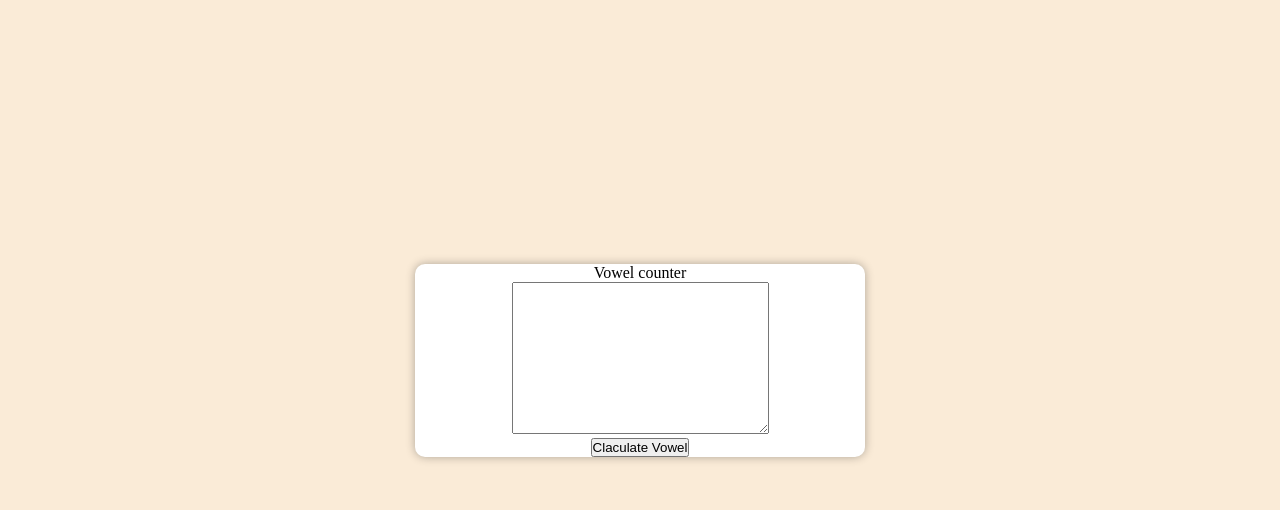
Repository: JunaidAnsari202/Vowel-counter
Page: index.html
An editor plug-in stored every save of this project. The page is shown before and after a run of saves, followed by the edit.
The browser window is 1280 px wide. The pictures show the whole page.

Above is the page before, as saved 2024-10-17 11:39:24.

### index.html
<!DOCTYPE html>
<html lang="en">
<head>
    <meta charset="UTF-8">
    <meta name="viewport" content="width=device-width, initial-scale=1.0">
    <title>Vowel counter</title>
    <link rel="stylesheet" href="style.css">
</head>
<body>
    <div class="container">
        <div class="header">Vowel counter</div>
        <div class="textarea">
            <textarea name="vowelinput" id="textarea" rows="10" cols="30"></textarea>
        </div>
        <div class="count">
            <button id="count">Claculate Vowel</button>
        </div>
        <div class="output"></div>
    </div>
    <script src="script.js"></script>
</body>
</html>

### style.css
*{
    margin: 0;
    padding: 0;
    box-sizing: border-box;
}

body{
    background-color: antiquewhite;
    display: flex;
    justify-content: center;
    align-items: center;
    height: 100vh;

}

.container{
    width: 450px;
    text-align: center;
    background-color: white;
    border-radius: 10px;
    box-shadow: 0 0 10px rgba(0,0,0,0.3);
}

Loaded but not shown: script.js (no copy from this time; the picture is the same without it)

After the next 19 saves:
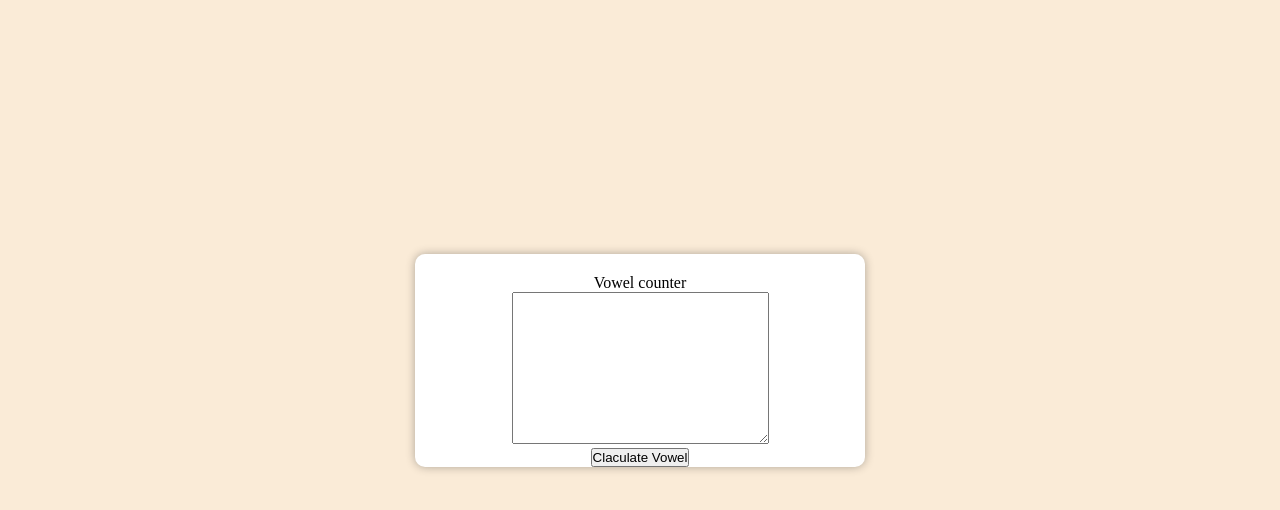
The 19 saves are shown as one change because they came seconds apart.
The last was saved 36 s later.
--- a/style.css
+++ b/style.css
@@ -20,3 +20,8 @@
     border-radius: 10px;
     box-shadow: 0 0 10px rgba(0,0,0,0.3);
 }
+
+.header{
+    margin-top: 10px;
+    padding-top: 10px;
+}
